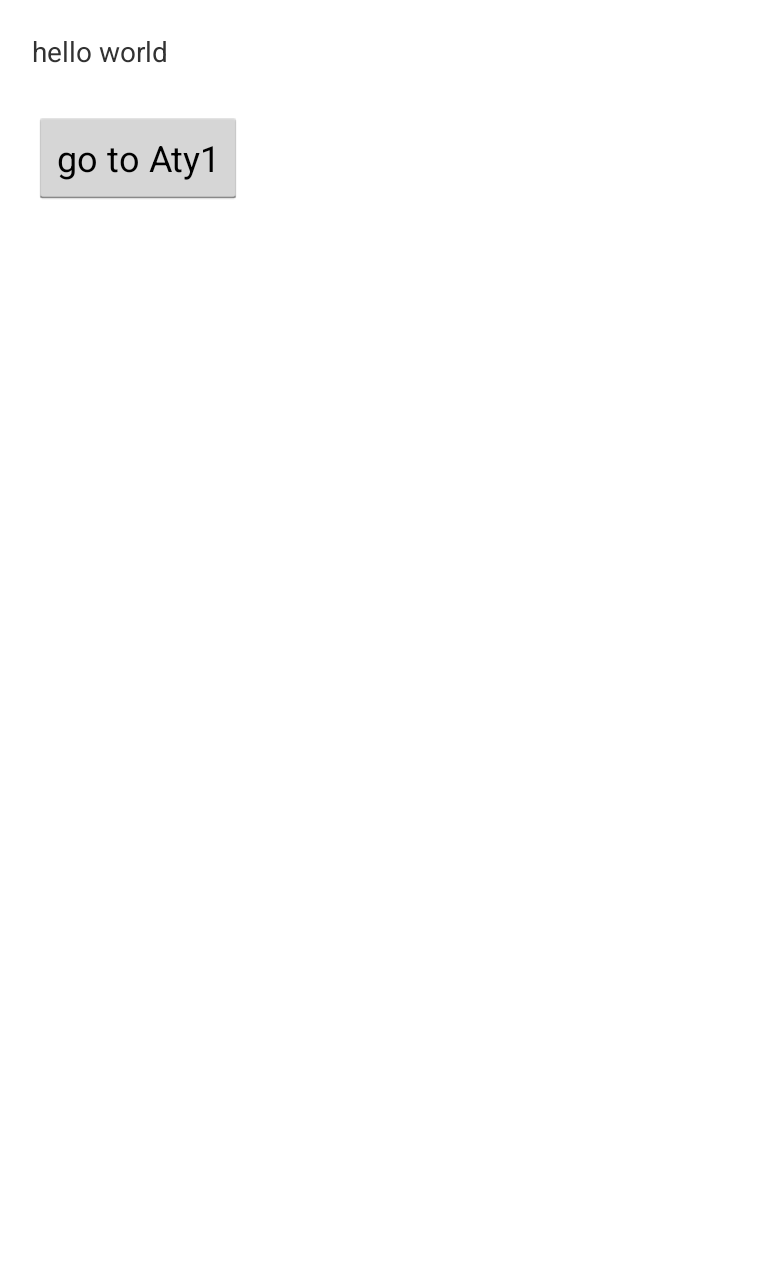
Repository: avenosu/android-coding-practice
Layout: Z001Activity/res/layout/activity_main.xml
An editor plug-in stored every save of this project. The layout is shown before and after the next save, followed by the edit.
It is drawn on a 768 x 1280 px phone screen (xhdpi) without system bars, with theme AppTheme; the app's code is not run.

Above is the layout before, as saved 2015-03-24 11:17:54.

### Z001Activity/res/layout/activity_main.xml
<RelativeLayout xmlns:android="http://schemas.android.com/apk/res/android"
    xmlns:tools="http://schemas.android.com/tools"
    android:layout_width="match_parent"
    android:layout_height="match_parent"
    android:paddingBottom="@dimen/activity_vertical_margin"
    android:paddingLeft="@dimen/activity_horizontal_margin"
    android:paddingRight="@dimen/activity_horizontal_margin"
    android:paddingTop="@dimen/activity_vertical_margin"
    tools:context="com.zzz.Z001Activity.MainActivity" >

    <TextView
        android:id="@+id/mainactivity_textView1"
        android:layout_width="wrap_content"
        android:layout_height="wrap_content"
        android:text="hello world" />

    <Button
        android:id="@+id/mainactivity_button1_gotoaty1"
        android:layout_width="wrap_content"
        android:layout_height="wrap_content"
        android:layout_alignParentLeft="true"
        android:layout_below="@+id/mainactivity_textView1"
        android:layout_marginTop="20dp"
        android:text="go to Aty1" />

</RelativeLayout>

Loaded but not shown: Z001Activity/res/values/styles.xml (common file); Z001Activity/res/values-v11/styles.xml (common file); Z001Activity/res/values-v14/styles.xml (common file); Z001Activity/res/values/dimens.xml (common file); Z001Activity/res/values-w820dp/dimens.xml (common file)

After the next save:
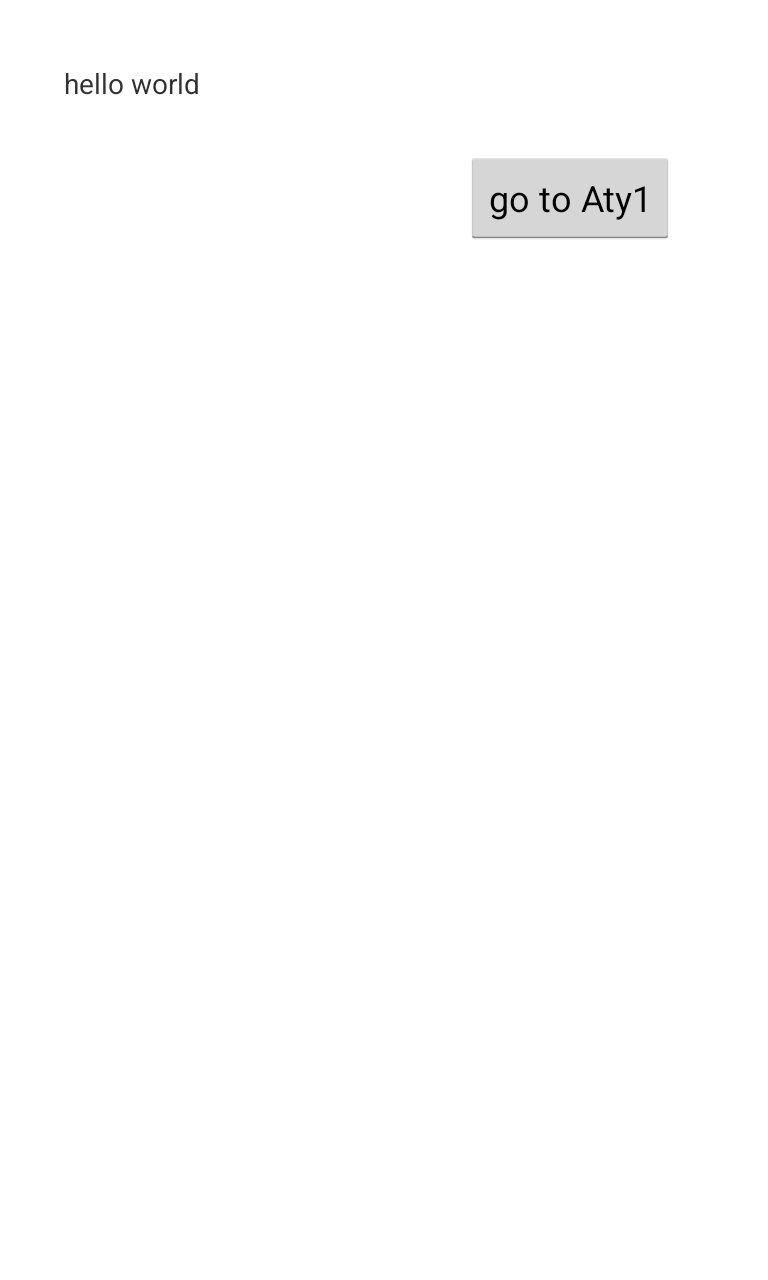
Saved 2 min 2 s later.
--- a/Z001Activity/res/layout/activity_main.xml
+++ b/Z001Activity/res/layout/activity_main.xml
@@ -8,19 +8,24 @@
     android:paddingTop="@dimen/activity_vertical_margin"
     tools:context="com.zzz.Z001Activity.MainActivity" >
 
+    <Button
+        android:id="@+id/mainactivity_button1_gotoaty1"
+        android:layout_width="wrap_content"
+        android:layout_height="wrap_content"
+        android:layout_alignParentRight="true"
+        android:layout_below="@+id/mainactivity_textView1"
+        android:layout_marginRight="30dp"
+        android:layout_marginTop="24dp"
+        android:text="go to Aty1" />
+
     <TextView
         android:id="@+id/mainactivity_textView1"
         android:layout_width="wrap_content"
         android:layout_height="wrap_content"
+        android:layout_alignParentLeft="true"
+        android:layout_alignParentTop="true"
+        android:layout_marginLeft="16dp"
+        android:layout_marginTop="16dp"
         android:text="hello world" />
 
-    <Button
-        android:id="@+id/mainactivity_button1_gotoaty1"
-        android:layout_width="wrap_content"
-        android:layout_height="wrap_content"
-        android:layout_alignParentLeft="true"
-        android:layout_below="@+id/mainactivity_textView1"
-        android:layout_marginTop="20dp"
-        android:text="go to Aty1" />
-
 </RelativeLayout>
